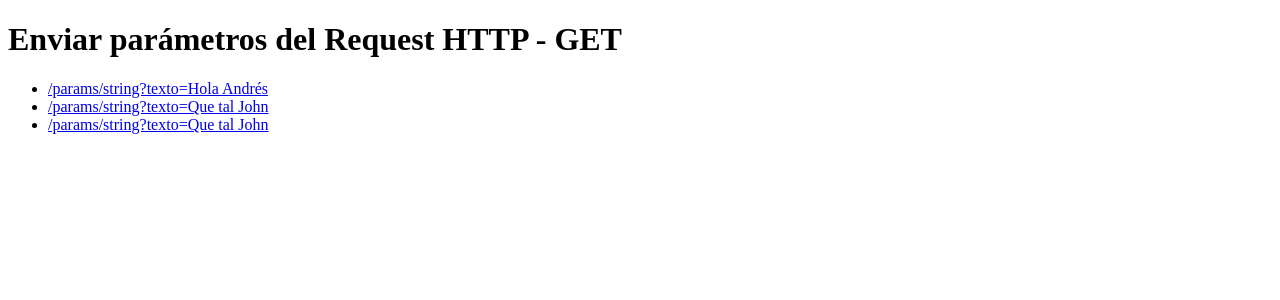
Repository: anferemo/curso-springboot
Page: http://localhost/params/index
These files come from the project's save history. The page is drawn as it stood at one moment and after the next save; the edit follows.
The browser window is 1280 px wide. The pictures show the whole page.
The page is this project's Thymeleaf template; nobody is signed in. The template is opened directly, without the code that normally fills it, so the values that code supplies are empty.

Above is the page before, as saved 2019-07-05 21:30:32.

### spring-boot-web/src/main/resources/templates/params/index.html
<!DOCTYPE html>
<html xmlns:th="http://www.thymeleaf.org">
<head>
<meta charset="UTF-8" />
<title>Enviar parámetros del Request HTTP - GET</title>
</head>
<body>
<h1>Enviar parámetros del Request HTTP - GET</h1>
<ul>
	<li><a th:href="@{/params/string(texto='Hola Andrés')}">/params/string?texto=Hola Andrés</a> </li>
	<li><a th:href="@{/params/string(texto='Que tal John')}">/params/string?texto=Que tal John</a> </li>
	<li><a th:href="@{/params/mix-params(saludo='Como estás Andrés', numero=1574)}">/params/string?texto=Que tal John</a> </li>
</ul>
</body>
</html>

After the next save:
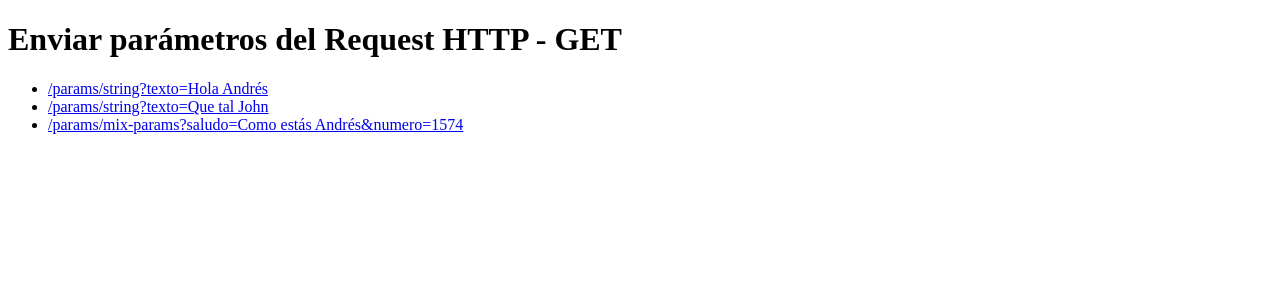
Saved 90 s later.
--- a/spring-boot-web/src/main/resources/templates/params/index.html
+++ b/spring-boot-web/src/main/resources/templates/params/index.html
@@ -9,7 +9,7 @@
 <ul>
 	<li><a th:href="@{/params/string(texto='Hola Andrés')}">/params/string?texto=Hola Andrés</a> </li>
 	<li><a th:href="@{/params/string(texto='Que tal John')}">/params/string?texto=Que tal John</a> </li>
-	<li><a th:href="@{/params/mix-params(saludo='Como estás Andrés', numero=1574)}">/params/string?texto=Que tal John</a> </li>
+	<li><a th:href="@{/params/mix-params(saludo='Como estás Andrés', numero=1574)}">/params/mix-params?saludo=Como estás Andrés&numero=1574</a> </li>
 </ul>
 </body>
 </html>
